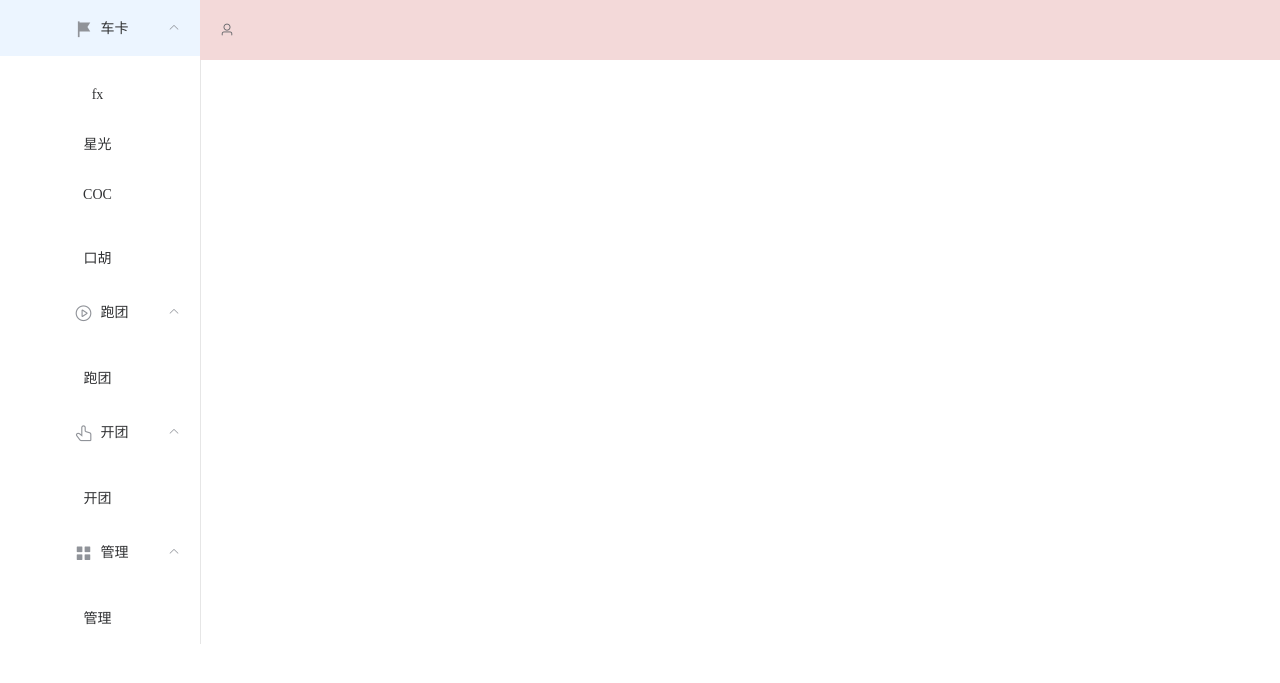
Repository: redlout/ptgkd
Page: /
An editor plug-in stored every save of this project. The page is shown before and after the next save, followed by the edit.
The browser window is 1280 px wide. The pictures show the whole page.
The project was rebuilt for these pictures with package versions that can differ from the ones it lists, and the page was loaded fresh each time. Also part of the build but not shown: src/mock/mock.js, src/views/Login.vue, src/components/SvgIcon/index.vue.

Above is the page before, as saved 2019-09-02 17:16:31.

### index.html
<!DOCTYPE html>
<html>
  <head>
    <meta charset="utf-8">
    <meta name="viewport" content="width=device-width,initial-scale=1.0">
    <title>ptgkd</title>
  </head>
  <body>
    <div id="app"></div>
    <!-- built files will be auto injected -->
  </body>
</html>

<style>
body{
  margin:0;
  padding:0;
}
</style>

### src/main.js
// import '@/styles/index.scss'
// import 'normalize.css/normalize.css'
import Vue from 'vue'
import App from './App'
import router from './router'

import ElementUI from 'element-ui'
import 'element-ui/lib/theme-chalk/index.css'
import api from './http/index'
import './icons'
import store from './store'

Vue.config.productionTip = false
Vue.use(ElementUI);
Vue.use(api);

// Vue.use(api)
/* eslint-disable no-new */
new Vue({
  el: '#app',
  router,
  store,
  render: h => h(App)
})

### src/router/index.js
import Vue from 'vue'
import Router from 'vue-router'
import HelloWorld from '@/views/HelloWorld'
import Login from '@/views/Login'

Vue.use(Router)

const router = new Router({
  routes: [
    {
      path: '/',
      name: 'HelloWorld',
      component: HelloWorld
    },
    {
      path: '/login',
      name: 'Login',
      component: Login
    }
  ]
})

export default router

### src/http/index.js
// 导入所有接口
import apis from './api'

const install = Vue => {
    if (install.installed)
        return;

    install.installed = true;

    Object.defineProperties(Vue.prototype, {
        // 注意，此处挂载在 Vue 原型的 $api 对象上
        $api: {
            get() {
                return apis
            }
        }
    })
}

export default install

### src/icons/index.js
import Vue from 'vue'
import SvgIcon from '@/components/SvgIcon'// svg component

// register globally
Vue.component('svg-icon', SvgIcon)

const req = require.context('./svg', false, /\.svg$/)
const requireAll = requireContext => requireContext.keys().map(requireContext)
requireAll(req)

### src/store/index.js
import Vue from 'vue'
import vuex from 'vuex'

Vue.use(vuex);
import collapse from './modules/collapse.js'
const store = new vuex.Store({
    modules: {
        collapseState: collapse,
        // menu: mymenu
        // 其他
    }
})

export default store

### src/views/HelloWorld.vue
<template>
<div class="container" >
  <el-container style="height: 100%;" direction="vertical">
    <AsideBar></AsideBar>
    <el-container>
      <HeadBar></HeadBar>
      <el-main></el-main>
    </el-container>
  </el-container>
</div>
</template>

<script>
import AsideBar from "../components/AsideBar/index";
import HeadBar from "../components/HeadBar/index";
export default {
  name: "HelloWorld",
  data() {
    return {
      isCollapse: false
    };
  },
  components: {
    AsideBar,
    HeadBar
  },
  methods: {
    logout: function() {
      var _this = this;
      this.$confirm("确认退出吗?", "提示", {
        type: "warning"
      }).then(() => {
        // sessionStorage.removeItem("user");
        this.$router.push("/login");
      });
    }
  }
};
</script>

<style scoped>
  .container {
    position:absolute;
    top: 0px;
    left: 0px;
    right: 0px;
    background: #4b5f6e;
  }
</style>

### src/http/api.js
import axios from './axios'

const login = data =>{
    return axios({
        url: '/login',
        method: 'post',
        data
    })
}

const logout = () =>{
    return axios({

    })
}

export default{
    login,
    logout
}

### src/store/modules/collapse.js
export default {
    state: {
        collapse:false  // 导航栏收缩状态
    },
    getters: {
        collapse(state){// 对应着上面state
            return collapse;
        }
    },
    mutations: {
        collapse(state){  // 改变收缩状态
            state.collapse = !state.collapse;
        }
    },
    actions: {

    }
}

### src/components/AsideBar/index.vue
<template>
  <el-aside width="initial" style="background-color: rgb(238, 241, 246) ">
    <div
      :class="collapse?'menu-bar-collapse-width':'menu-bar-width'"
    >
      <i class="el-icon-menu" v-if="collapse"></i>
      <div>{{collapse?'':appName}}</div>
    </div>
    <el-menu
      :default-openeds="['1','2','3','4']"
      class="el-menu-vertical-demo"
      @open="handleOpen"
      @close="handleClose"
      :collapse="isCollapse"
    >
      <el-submenu index="1">
        <template slot="title">
          <i class="el-icon-s-flag"></i>
          <span slot="title">车卡</span>
        </template>
        <el-menu-item-group>
          <el-menu-item index="1-1">fx</el-menu-item>
          <el-menu-item index="1-2">星光</el-menu-item>
          <el-menu-item index="1-3">COC</el-menu-item>
        </el-menu-item-group>
        <el-menu-item-group>
          <el-menu-item index="1-1">口胡</el-menu-item>
        </el-menu-item-group>
      </el-submenu>
      <el-submenu index="2">
        <template slot="title">
          <i class="el-icon-video-play"></i>
          <span slot="title">跑团</span>
        </template>
        <el-menu-item-group>
          <el-menu-item index="2-1">跑团</el-menu-item>
        </el-menu-item-group>
      </el-submenu>
      <el-submenu index="3">
        <template slot="title">
          <i class="el-icon-thumb"></i>
          <span slot="title">开团</span>
        </template>
        <el-menu-item-group>
          <el-menu-item index="3-1">开团</el-menu-item>
        </el-menu-item-group>
      </el-submenu>
      <el-submenu index="4">
        <template slot="title">
          <i class="el-icon-menu"></i>
          <span slot="title">管理</span>
        </template>
        <el-menu-item-group>
          <el-menu-item index="3-1">管理</el-menu-item>
        </el-menu-item-group>
      </el-submenu>
    </el-menu>
  </el-aside>
</template>


<script>
export default {
  name: "AsideBar",
  data() {
    return {
      isCollapse: this.$store.state.collapse
    };
  },
  methods: {
    handleOpen(key, keyPath) {
      // console.log(key, keyPath);
    },
    handleClose(key, keyPath) {
      // console.log(key,keyPath)
    },
    isCollapse: function(){
      return this.$store.state.collapse;
    }
  }
};
</script>

<style>
.el-aside {
  background-color: #d3dce6;
  color: #333;
  text-align: center;
  line-height: 10px;
  position: absolute;
}
  .el-menu-vertical-demo:not(.el-menu--collapse) {
    width: 200px;
    min-height: 400px;
  }
</style>

### src/components/HeadBar/index.vue
<template>
  <el-header :class="this.$store.state.collapse?'menu-bar-collapse-width':'menu-bar-width'">
    <el-dropdown>
      <i class="el-icon-user" style="margin-right: 15px"></i>
      <el-dropdown-menu slot="dropdown">
        <el-dropdown-item>个人信息</el-dropdown-item>
        <el-dropdown-item>管理</el-dropdown-item>
        <el-dropdown-item divided @click="logout">登出</el-dropdown-item>
      </el-dropdown-menu>
    </el-dropdown>
  </el-header>
  <!-- <el-main></el-main> -->
</template>


<style>
.el-header {
  position: absolute;
  background-color: rgb(243, 217, 217);
  left: 200px;
  right: 0px;
  height: 60px;
  line-height: 60px;
}
  .menu-bar-width{
    left: 200px;
  }
    .menu-bar-collapse-width{
    left: 65px;
  }
</style>

### src/http/axios.js
import axios from 'axios';
import qs from 'qs';
import Cookies from "js-cookie";
import router from "@/router"

export default function $axios(options){
    return new Promise((resolve, reject) => {
      console.log(options)
        const instance = axios.create({
            baseURL: 'http://localhost:8080/',
            headers: {'Content-Type': 'application/json;charset=UTF-8'},
            timeout: '10000',
            transformResponse: [function (data){
            }]
        })
        // request 拦截器
        instance.interceptors.request.use(function(config){
                let token = Cookies.get('token')
                console.log(config)
                if(1){
                    config.headers.accessToken = 111
                }else{
                    //重定向到登陆页面
                    router.push('/login')
                }
                if(config.method === 'post'){
                    if(config.data.__proto__ === FormData.prototype
                        || config.url.endsWith('path')
                        || config.url.endsWith('mark')
                        || config.url.endsWith('patchs')
                        ){
                        }else{
                          config.data = qs.stringify(config.data)
                          console.log(config.data)
                        }
                    }
                    return config
                },
                function (error) {
                // 请求超时
                console.log('request:', error)
                if(error.code === 'ECONNABORTED' && error.message.indexOf('timeout') !== -1){
                    console.log('timeout 请求超时')
                }
                // 重定向到错误页面
                const errorInfo = error.response
                console.log(errorInfo)
                if(errorInfo){
                    error = errorInfo.data
                    const errorStatus = errorInfo.statue; // 404 403 500 ...
                    router.push({
                        path:  `/error/${errorStatus}`
                    })
                }
                return Promise.reject(error)
            }
        )
        console.log(11111111111111)
        instance.interceptors.response.use(function(response){
                let data;
                if(response.data == undefined){
                  data = JSON.parse(response.request.responseText)
                }else{
                    data = response.data
                }

                //根据返回的code 来进行不同的处理
                switch(data.rc){
                    case 1:
                        console.log(data.desc)
                        break;
                    case 0:
                        store.commit('changeState')
                    default:

                }
                return data
            },
            function(err){
              console.log(999999)
                if (err && err.response) {
                    switch (err.response.status) {
                      case 400:
                        err.message = '请求错误'
                        break
                      case 401:
                        err.message = '未授权，请登录'
                        break
                      case 403:
                        err.message = '拒绝访问'
                        break
                      case 404:
                        err.message = `请求地址出错: ${err.response.config.url}`
                        break
                      case 408:
                        err.message = '请求超时'
                        break
                      case 500:
                        err.message = '服务器内部错误'
                        break
                      case 501:
                        err.message = '服务未实现'
                        break
                      case 502:
                        err.message = '网关错误'
                        break
                      case 503:
                        err.message = '服务不可用'
                        break
                      case 504:
                        err.message = '网关超时'
                        break
                      case 505:
                        err.message = 'HTTP版本不受支持'
                        break
                      default:
                    }
                  }
                  console.error(err)
                  return Promise.reject(err)
            }
        )
        //请求处理
        instance(options).then(res => {
          console.log(2222222)
            resolve(res)
            return false
        }).catch(error => {
          console.log(33333)
            reject(error)
        })
        console.log(4444)
    })
}

Loaded but not shown: src/App.vue (common file)

After the next save:
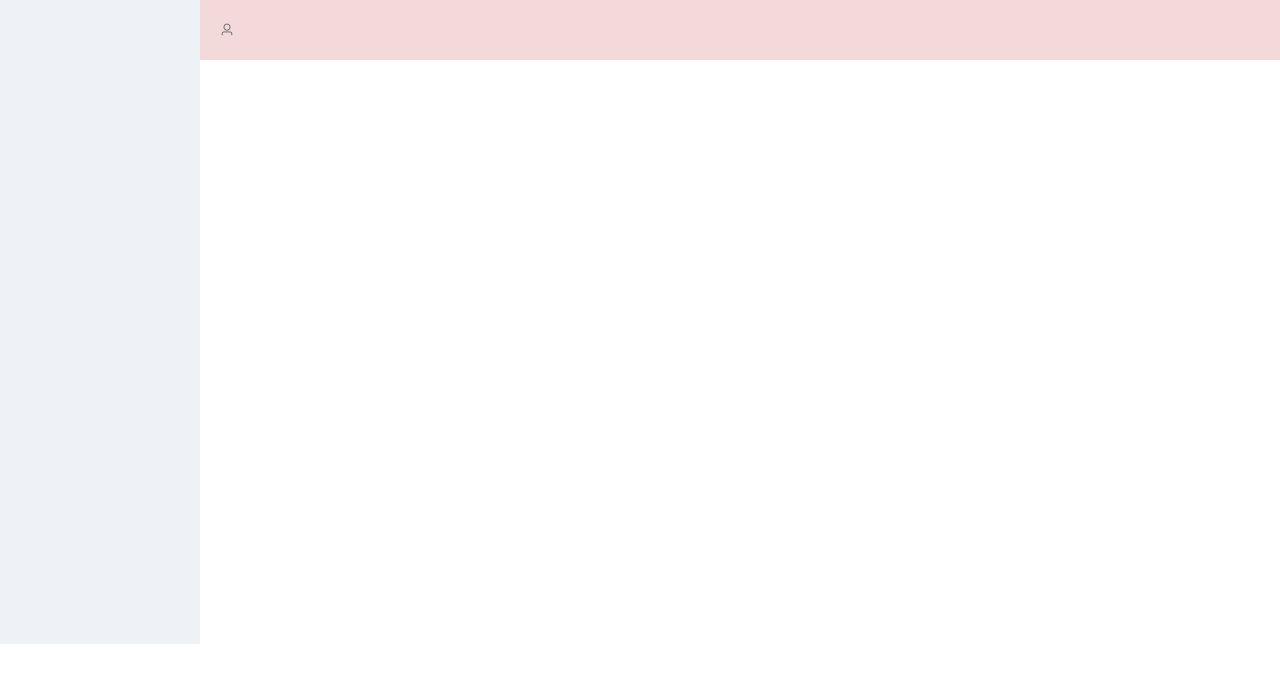
Saved 42 s later.
--- a/src/components/AsideBar/index.vue
+++ b/src/components/AsideBar/index.vue
@@ -8,10 +8,11 @@
     </div>
     <el-menu
       :default-openeds="['1','2','3','4']"
-      class="el-menu-vertical-demo"
-      @open="handleOpen"
-      @close="handleClose"
-      :collapse="isCollapse"
+      :class="collapse?'menu-bar-collapse-width':'menu-bar-width'"
+      @open="handleopen"
+      @close="handleclose"
+      @select="handleselect"
+      :collapse="collapse"
     >
       <el-submenu index="1">
         <template slot="title">

After the save that followed:
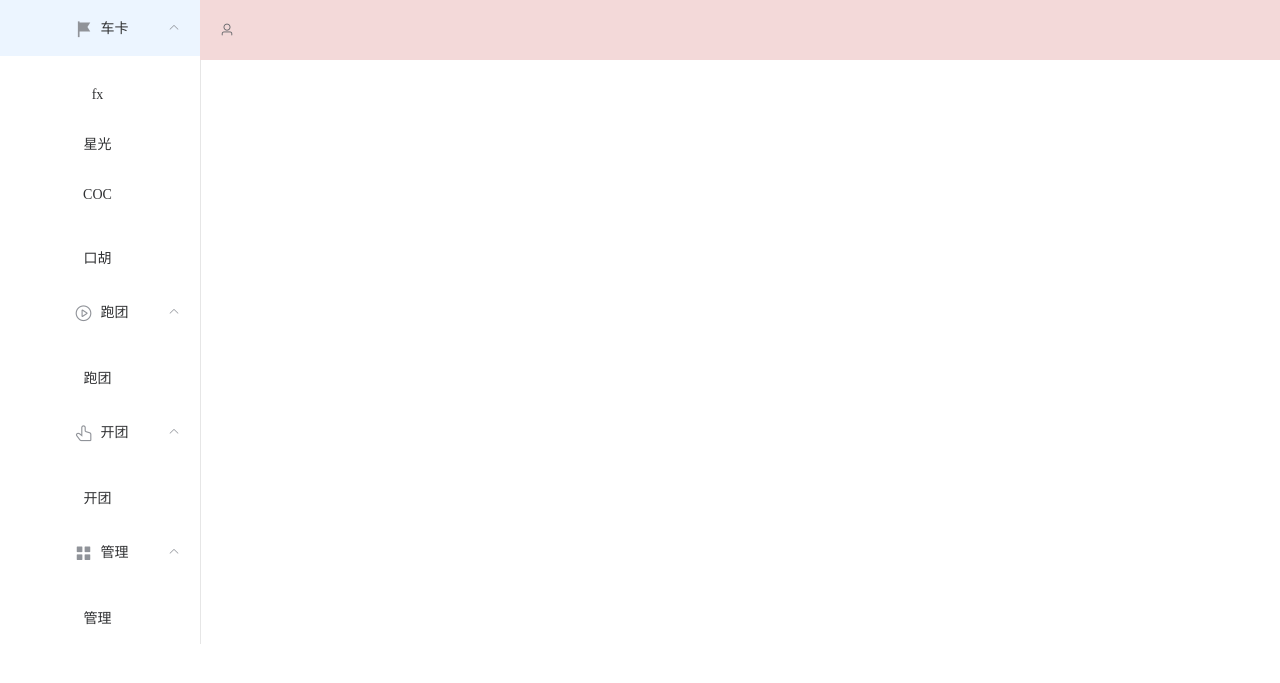
Saved 44 s later.
--- a/src/components/AsideBar/index.vue
+++ b/src/components/AsideBar/index.vue
@@ -8,11 +8,10 @@
     </div>
     <el-menu
       :default-openeds="['1','2','3','4']"
-      :class="collapse?'menu-bar-collapse-width':'menu-bar-width'"
-      @open="handleopen"
-      @close="handleclose"
-      @select="handleselect"
-      :collapse="collapse"
+      class="el-menu-vertical-demo"
+      @open="handleOpen"
+      @close="handleClose"
+      :collapse="isCollapse"
     >
       <el-submenu index="1">
         <template slot="title">
